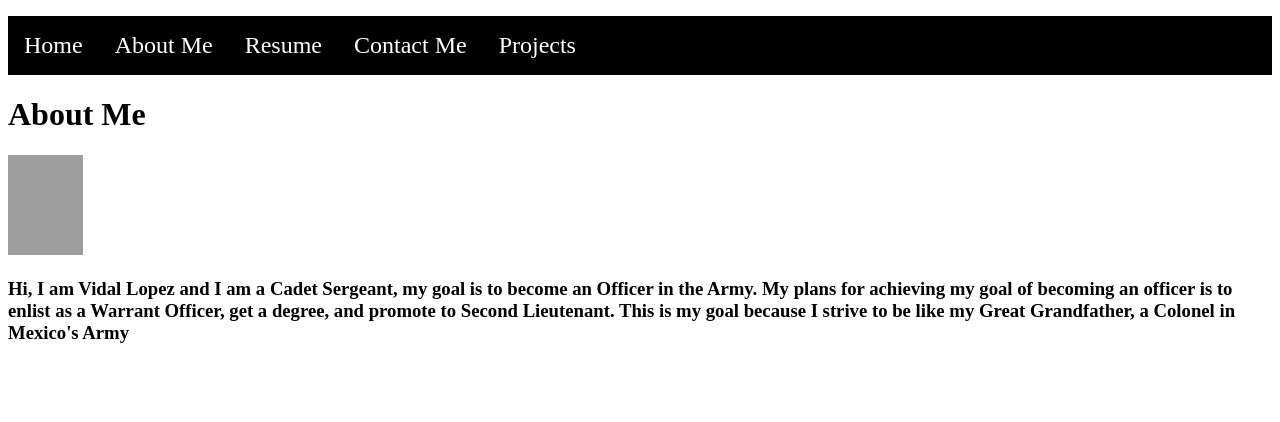
Repository: VidalLopez/VidalLopez.github.io
Page: about.html
The author's editor kept a record of every edit. The page is drawn from the files as they stood at one moment, then again after the next edit.
The browser window is 1280 px wide. The pictures show the whole page.
Pictures or frames that could not be fetched are drawn as grey boxes.

Above is the page before.

After the next edit:
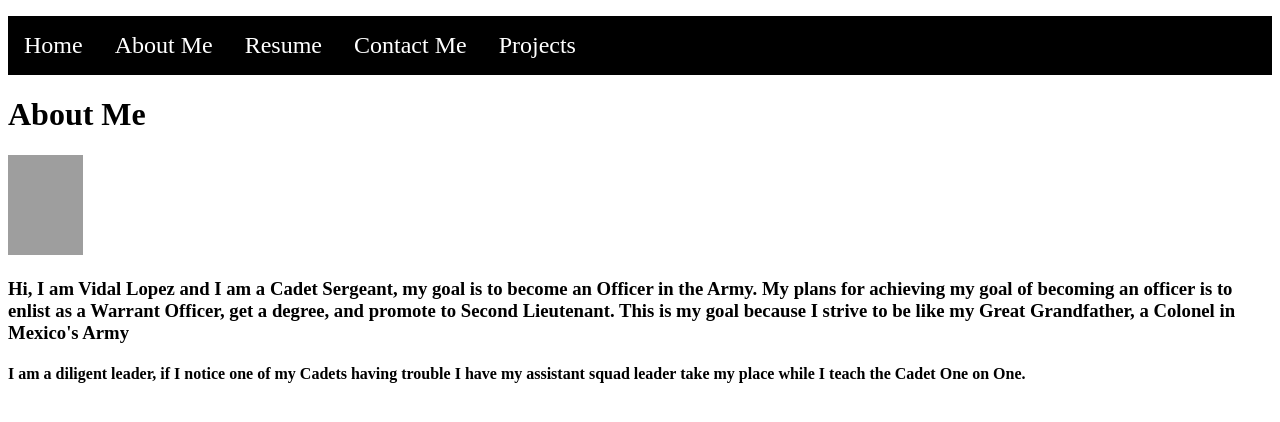
The edit:
--- a/about.html
+++ b/about.html
@@ -74,7 +74,8 @@
 </p>
 <h1></h1>
 <p>
-  <h3 class="two"></h3>
+  <h4 class="two">I am a diligent leader, if I notice one of my Cadets having trouble I have my assistant squad leader take my place while I teach the Cadet One on One.
+  </h4>
 </p>
 
 
